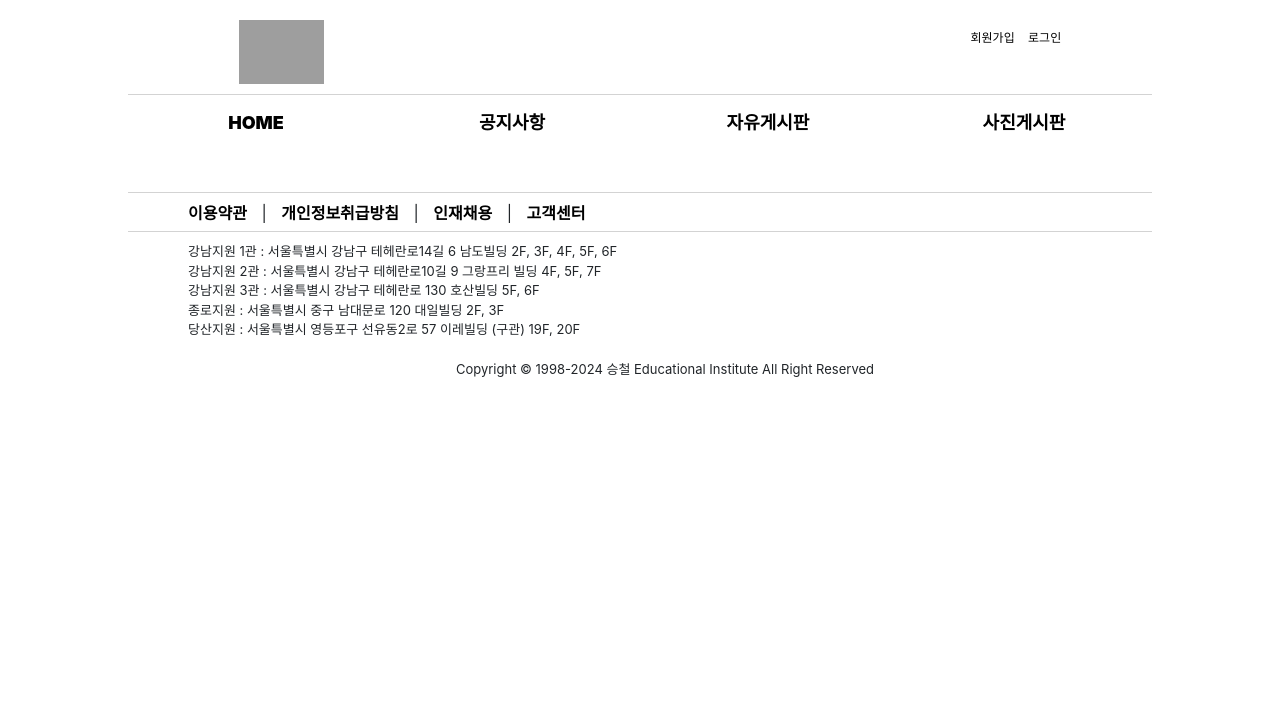
Repository: jungjung12/spring
Page: http://localhost/springProject/
The author's editor kept a copy of each file at every save. The page is drawn from the files as they stood at one save, then again after the next save.
The browser window is 1280 px wide. The pictures show the whole page.
Pictures or frames that could not be fetched are drawn as grey boxes. The page is served by Tomcat 9. Nobody is signed in. The application's start-up code is not run. Other server files are loaded and not shown.

Above is the page before, as saved 2024-06-14 05:38:34.

### springProject/src/main/webapp/index.jsp
<%@ page language="java" contentType="text/html; charset=UTF-8"
    pageEncoding="UTF-8"%>
<!DOCTYPE html>
<html>
<head>
<meta charset="UTF-8">
<title>Insert title here</title>
</head>
<body>
	<jsp:forward page="WEB-INF/views/main.jsp"></jsp:forward>
</body>
</html>

### springProject/src/main/webapp/WEB-INF/views/main.jsp
<%@ page language="java" contentType="text/html; charset=UTF-8"
    pageEncoding="UTF-8"%>
<!DOCTYPE html>
<html>
<head>
<meta charset="UTF-8">
<title>B강의장 프로젝트</title>
</head>
<body>
	<jsp:include page="common/menu_bar.jsp"></jsp:include>

	<div id="content">

	</div>
	<footer>
		<jsp:include page="common/footer.jsp"></jsp:include>
	</footer>
</body>
</html>

### springProject/src/main/webapp/WEB-INF/views/common/menu_bar.jsp
<%@ page language="java" contentType="text/html; charset=UTF-8"
    pageEncoding="UTF-8"%>
<!DOCTYPE html>
<html lang="en">
<head>
    <meta charset="UTF-8">
    <title>Document</title>
    <script src="https://ajax.googleapis.com/ajax/libs/jquery/3.7.1/jquery.min.js"></script>
    <link rel="stylesheet" href="https://maxcdn.bootstrapcdn.com/bootstrap/4.5.2/css/bootstrap.min.css">
    <script src="https://maxcdn.bootstrapcdn.com/bootstrap/4.5.2/js/bootstrap.min.js"></script>
    <style>
        div {box-sizing:border-box;}
        #header {
            width:80%;
            height:100px;
            padding-top:20px;
            margin:auto;
        }
        #header>div {width:100%; margin-bottom:10px;}
        #header_1 {height:80%;}
        #header_2 {height:60%;}

        #header_1>div{
            height:100%;
            float:left;
        }
        #header_1_left {width:30%; position:relative;}
        #header_1_center {width:40%;}
        #header_1_right {width:30%;}

        #header_1_left>img {height:100%; position:absolute; margin:auto; top:0px; bottom:0px; right:0px; left:0px;}
        #header_1_right {text-align:center; line-height:35px; font-size:12px; text-indent:35px;}
        #header_1_right>a {margin:5px;}
        #header_1_right>a:hover {cursor:pointer;}

        #header_2>ul {width:100%; height:100%; list-style-type:none; margin:auto; padding:0;}
        #header_2>ul>li {float:left; width:25%; height:100%; line-height:55px; text-align:center;}
        #header_2>ul>li a {text-decoration:none; color:black; font-size:18px; font-weight:900;}

        #header_2 {border-top:1px solid lightgray;}

        #header a {text-decoration:none; color:black;}

        .content {
            background-color:rgb(247, 245, 245);
            width:80%;
            margin:auto;
        }
        .innerOuter {
            border:1px solid lightgray;
            width:80%;
            margin:auto;
            padding:5% 10%;
            background-color:white;
        }

    </style>
</head>
<body>

    <div id="header">
        <div id="header_1">
            <div id="header_1_left">
                <img src="https://kh-academy.co.kr/resources/images/main/logo.svg" alt="">
            </div>
            <div id="header_1_center"></div>
            <div id="header_1_right">
                <!-- 로그인 전 -->
                <a href="">회원가입</a>
                <a data-toggle="modal" data-target="#loginModal">로그인</a> <!-- 모달의 원리 : 이 버튼 클릭시 data-targer에 제시되어있는 해당 아이디의 div요소를 띄워줌 -->

                <!-- 로그인 후 -->
                <!--
                    <lable>홍길동님 환영합니다</label> &nbsp;&nbsp;
                    <a href="">마이페이지</a>
                    <a href="">로그아웃</a>
                -->
            </div>
        </div>
        <div id="header_2">
            <ul>
                <li><a href="">HOME</a></li>
                <li><a href="">공지사항</a></li>
                <li><a href="">자유게시판</a></li>
                <li><a href="">사진게시판</a></li>
            </ul>
        </div>
    </div>

    <!-- 로그인 클릭 시 뜨는 모달 (기존에는 안보이다가 위의 a 클릭 시 보임) -->
    <div class="modal fade" id="loginModal">
        <div class="modal-dialog modal-sm">
            <div class="modal-content">
                <!-- Modal Header -->
                <div class="modal-header">
                    <h4 class="modal-title">Login</h4>
                    <button type="button" class="close" data-dismiss="modal">&times;</button>
                </div>

                <form action="로그인요청핸들러" method="post">
                    <!-- Modal body -->
                    <div class="modal-body">
                        <label for="userId" class="mr-sm-2">ID : </label>
                        <input type="text" class="form-control mb-2 mr-sm-2" placeholder="Enter ID" id="userId" name=""> <br>
                        <label for="userPwd" class="mr-sm-2">Password : </label>
                        <input type="password" class="form-control mb-2 mr-sm-2" placeholder="Enter Password" id="userPwd" name="">
                    </div>

                    <!-- Modal footer -->
                    <div class="modal-footer">
                        <button type="submit" class="btn btn-primary">로그인</button>
                        <button type="button" class="btn btn-danger" data-dismiss="modal">취소</button>
                    </div>
                </form>
            </div>
        </div>

    </div>

    <br clear="both">
</body>
</html>

### springProject/src/main/webapp/WEB-INF/views/common/footer.jsp
<%@ page language="java" contentType="text/html; charset=UTF-8"
    pageEncoding="UTF-8"%>
<!DOCTYPE html>
<html lang="en">
<head>
    <meta charset="UTF-8">
    <title>Document</title>
    <style>
        /* div{border:1px solid red;} */
        #footer {
            width:80%;
            height:200px;
            margin:auto;
            margin-top:50px;
        }
        #footer-1 {
            width:100%;
            height:20%;
            border-top:1px solid lightgray;
            border-bottom:1px solid lightgray;
        }
        #footer-2 {width:100%; height:80%;}
        #footer-1, #footer-2 {padding-left:50px;}
        #footer-1>a {
            text-decoration:none;
            font-weight:600;
            margin:10px;
            line-height:40px;
            color:black;
        }
        #footer-2>p {
            margin:0;
            padding:10px;
            font-size:13px;
        }
        #p2 {text-align:center;}
    </style>
</head>
<body>
    <div id="footer">
        <div id="footer-1">
            <a href="#">이용약관</a> |
            <a href="#">개인정보취급방침</a> |
            <a href="#">인재채용</a> |
            <a href="#">고객센터</a>
        </div>

        <div id="footer-2">
            <p id="p1">
                강남지원 1관 : 서울특별시 강남구 테헤란로14길 6 남도빌딩 2F, 3F, 4F, 5F, 6F <br>
                강남지원 2관 : 서울특별시 강남구 테헤란로10길 9 그랑프리 빌딩 4F, 5F, 7F <br>
                강남지원 3관 : 서울특별시 강남구 테헤란로 130 호산빌딩 5F, 6F <br>
                종로지원 : 서울특별시 중구 남대문로 120 대일빌딩 2F, 3F <br>
                당산지원 : 서울특별시 영등포구 선유동2로 57 이레빌딩 (구관) 19F, 20F
            </p>
            <p id="p2">Copyright © 1998-2024 승철 Educational Institute All Right Reserved</p>
        </div>
    </div>
</body>
</html>

After the next save:
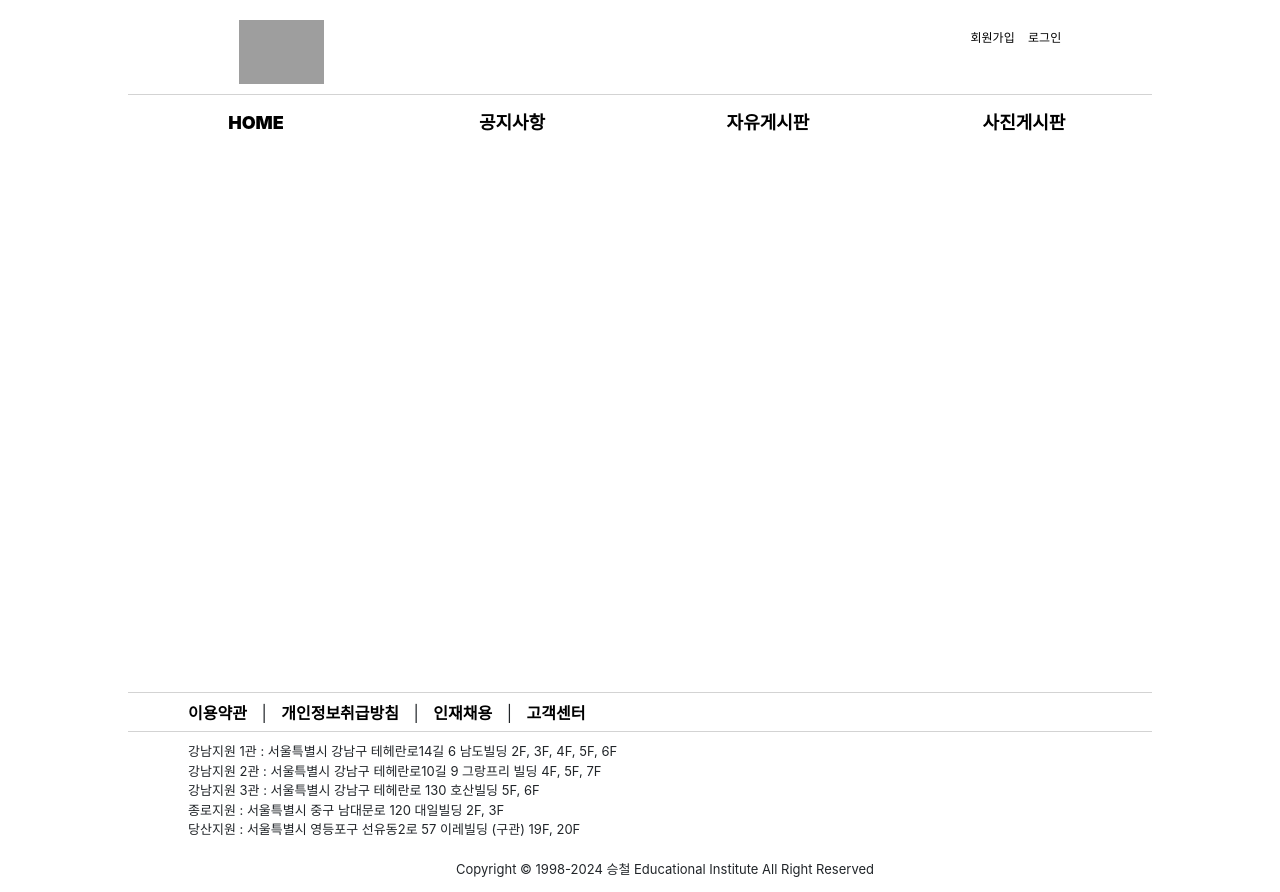
Saved 76 s later.
--- a/springProject/src/main/webapp/WEB-INF/views/main.jsp
+++ b/springProject/src/main/webapp/WEB-INF/views/main.jsp
@@ -5,6 +5,10 @@
 <head>
 <meta charset="UTF-8">
 <title>B강의장 프로젝트</title>
+<style>
+#content { width: 100%; height: 500px; }
+
+</style>
 </head>
 <body>
 	<jsp:include page="common/menu_bar.jsp"></jsp:include>
